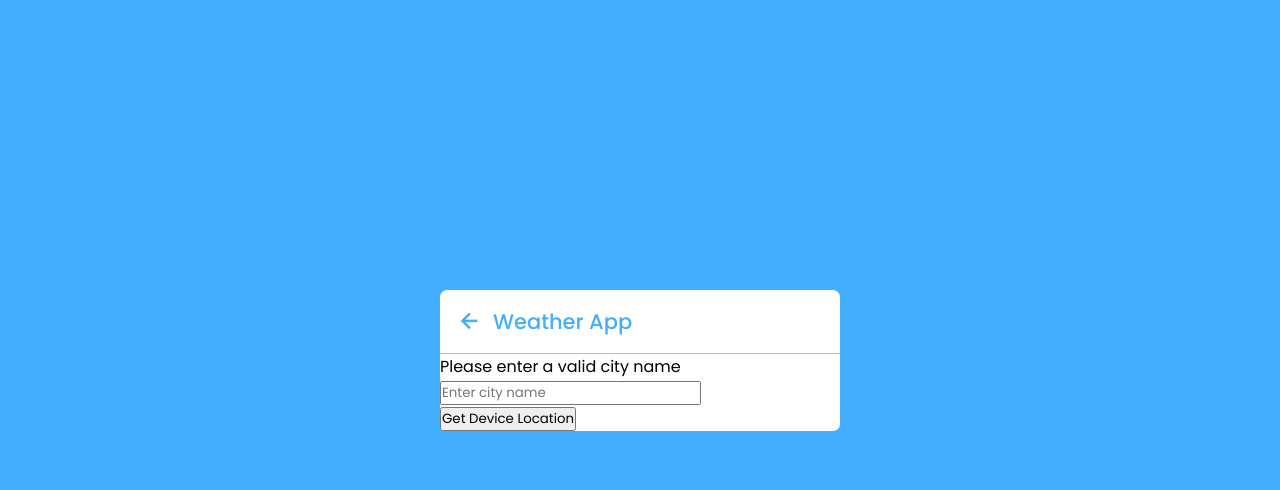
Repository: long13820/Weather-App-HTML-CSS-Javascript
Page: index.html
These files come from the project's save history. The page is drawn as it stood at one moment and after a run of saves; the edit follows.
The browser window is 1280 px wide. The pictures show the whole page.

Above is the page before, as saved 2021-09-02 00:54:04.

After the next 8 saves:
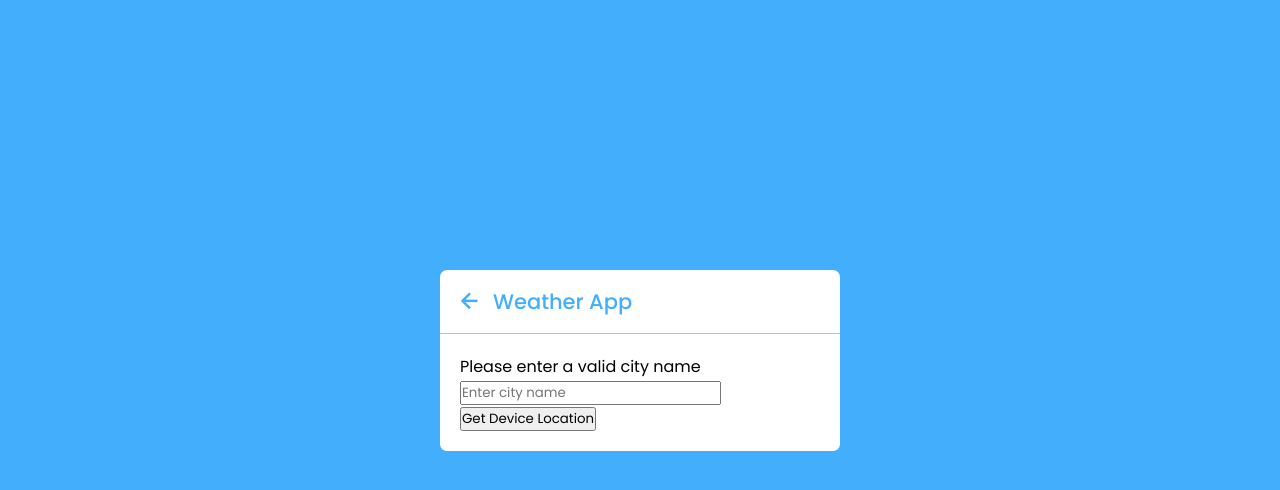
The 8 saves are shown as one change because they came seconds apart.
The last was saved 26 s later.
--- a/style.css
+++ b/style.css
@@ -33,3 +33,6 @@ header i{
     font-size: 30px;
     margin-right: 8px;
 }
+.wrapper .input-part{
+    margin: 20px;
+}
